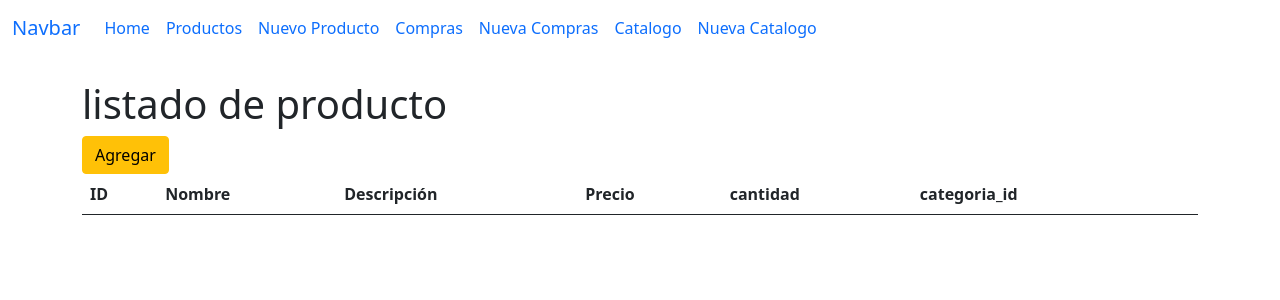
Repository: pedromv753/lp2
Page: http://localhost/listarproductos
These files come from the project's save history. The page is drawn as it stood at one moment and after the next save; the edit follows.
The browser window is 1280 px wide. The pictures show the whole page.
The page is this project's Thymeleaf template; nobody is signed in. The template is opened directly, without the code that normally fills it, so the values that code supplies are empty.

Above is the page before, as saved 2023-10-26 02:34:33.

### examenpedromamanivalle/tienda/src/main/resources/templates/listarproductos.html
<!DOCTYPE html>
<html xmlns="http://www.w3.org/1999/xhtml" xmlns:th="http://www.thymeleaf.org">

<head>
	<meta charset="UTF-8">
	<title>catalogo</title>

	<!-- Agrega la referencia al CSS de Bootstrap -->
	<link rel="stylesheet" href="https://cdn.jsdelivr.net/npm/bootstrap@5.0.2/dist/css/bootstrap.min.css">

	<!-- jQuery -->
	<script src="https://code.jquery.com/jquery-3.6.0.min.js"></script>
	<script src="https://cdn.jsdelivr.net/npm/bootstrap@5.0.2/dist/js/bootstrap.min.js"></script>
</head>

<body>

	<header>
		<nav class="navbar navbar-expand-lg bg-body-tertiary">
			<div class="container-fluid">
				<a class="navbar-brand" href="#">Navbar</a>
				<button class="navbar-toggler" type="button" data-bs-toggle="collapse"
					data-bs-target="#navbarNavAltMarkup" aria-controls="navbarNavAltMarkup" aria-expanded="false"
					aria-label="Toggle navigation">
					<span class="navbar-toggler-icon"></span>
				</button>
				<div class="collapse navbar-collapse" id="navbarNavAltMarkup">
					<div class="navbar-nav">
						<a class="nav-link active" aria-current="page" href="#">Home</a>
						<a class="nav-link" href="/productos/">Productos</a>
						<a class="nav-link" href="/productos/nuevo">Nuevo Producto</a>
						<a class="nav-link" href="/compras/">Compras</a>
						<a class="nav-link" href="/compras/nuevo">Nueva Compras</a>
						<a class="nav-link" href="/catalogo/">Catalogo</a>
						<a class="nav-link" href="/catalogo/nuevo">Nueva Catalogo</a>
					</div>
				</div>
			</div>
		</nav>
	</header>

	<div class="container mt-4">
		<h1>listado de producto</h1>
		<a href="nuevo" class="btn btn-warning">Agregar</a>
		<!-- Agrega una tabla con estilos de Bootstrap -->
		<table class="table table-striped">
			<thead>
				<tr>
					<th>ID</th>
					<th>Nombre</th>
					<th>Descripción</th>
					<th>Precio</th>
					<th>cantidad</th>
					<th>categoria_id</th>
					<th></th>
				</tr>
			</thead>
			<tbody>
				<!-- Itera sobre la lista de medicamentos y muestra cada medicamento -->
				<tr th:each="productos : ${productos}">
					<td th:text="${productos.id}"></td>
					<td th:text="${productos.nombre}"></td>
					<td th:text="${productos.descripcion}"></td>
					<td th:text="${productos.precio}"></td>
					<td th:text="${productos.cantidad}"></td>
					<td th:text="${productos.categoria_id}"></td>
					<td>
						<a class="btn btn-danger" th:attr="href=|/productos/eliminar/${productos.id}|">Eliminar</a>
						<a class="btn btn-success" th:attr="href=|/productos/editar/${productos.id}|">Editar</a>
					</td>

				</tr>
			</tbody>
		</table>
	</div>
</body>

</html>

After the next save:
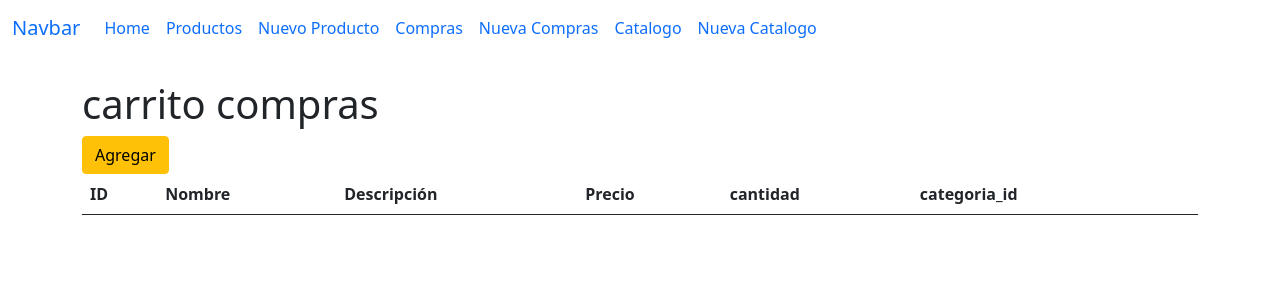
Saved 81 s later.
--- a/examenpedromamanivalle/tienda/src/main/resources/templates/listarproductos.html
+++ b/examenpedromamanivalle/tienda/src/main/resources/templates/listarproductos.html
@@ -40,7 +40,7 @@
 	</header>
 
 	<div class="container mt-4">
-		<h1>listado de producto</h1>
+		<h1>carrito compras</h1>
 		<a href="nuevo" class="btn btn-warning">Agregar</a>
 		<!-- Agrega una tabla con estilos de Bootstrap -->
 		<table class="table table-striped">
